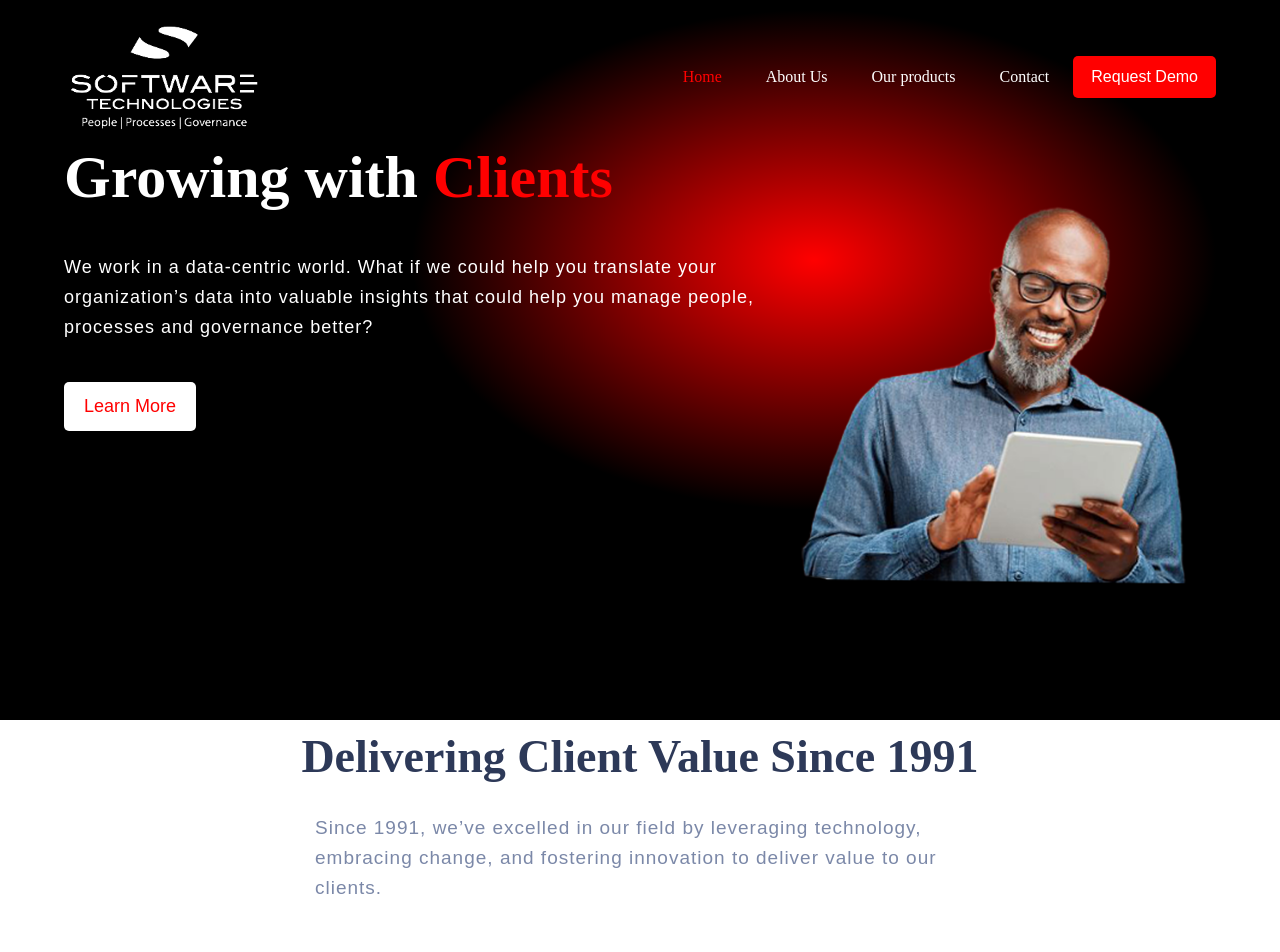
Repository: Kaleidiana/IST
Page: home.html
The author's editor kept a copy of each file at every save. The page is drawn from the files as they stood at one save, then again after the next save.
The browser window is 1280 px wide. The pictures show the part of the page from y = 0 to 952 px (the page is 4714 px tall).
A picture or video elsewhere on the page could not be fetched, so the positions and the page height are approximate.

Above is the page before, as saved 2024-03-20 11:55:43.

### home.html
<!DOCTYPE html>
<html lang="en">

<head>
    <meta charset="UTF-8">
    <meta name="viewport" content="width=device-width, initial-scale=1.0">
    <title>Document</title>
    <link rel="stylesheet" href="home.css">
    <link rel="stylesheet" href="https://cdnjs.cloudflare.com/ajax/libs/font-awesome/6.5.1/css/all.min.css" integrity="sha512-DTOQO9RWCH3ppGqcWaEA1BIZOC6xxalwEsw9c2QQeAIftl+Vegovlnee1c9QX4TctnWMn13TZye+giMm8e2LwA==" crossorigin="anonymous" referrerpolicy="no-referrer"
    />
</head>

<body>
    <!--------home section -->
    <div id="home">
        <div class="container">
            <div class="header">
                <nav>
                    <img class="logo" src="logo.png" alt="">
                    <ul>
                        <li><a style="color: red;" href="#">Home</a></li>
                        <li><a href="#">About Us</a></li>
                        <li>
                            <a href="#">Our products</a>
                            <ul class="dropdown">
                                <li><a href="#">Managing people</a></li>
                                <li><a href="#">Managing resources</a></li>
                                <li><a href="#">Managing </a></li>
                                <li><a href="#">Governance</a></li>
                            </ul>
                        </li>
                        <li><a href="contact.html">Contact</a></li>
                        <li><a class="demmo" href="#">Request Demo</a></li>
                    </ul>
                </nav>

                <div class="home-content">
                    <div class="home-texts">
                        <h1>Growing with <span>Clients</span></h1>
                        <p>We work in a data-centric world. What if we could help you translate your organization’s data into valuable insights that could help you manage people, processes and governance better?</p>
                        <button>Learn More</button>
                    </div>
                    <div class="the-image">
                        <img src="./images/happy.png" alt="">
                    </div>
                </div>
            </div>
        </div>
    </div>

    <div id="about">
        <div class="header2-content">
            <h1>Delivering Client Value Since 1991</h1>
            <p>Since 1991, we’ve excelled in our field by leveraging technology, embracing change, and fostering innovation to deliver value to our clients.</p>
        </div>

        <div class="about-content">
            <div class="text">
                <p>eHorizon – HRMS (Human Resource Management System)</p>
                <h2>Human Resource and Payroll</h2>
                <hr>
                <p class="main-text">Manage your employee’s lifecycle, effectively. No matter the size, industry or location of your organization, we can help manage your employee’s life cycle on cloud with our intuitive software solution.
                </p>
                <button>Learn More</button>
            </div>
            <div class="image-content">
                <img src="image-1.png" alt="">
            </div>
            <div class="image-content">
                <img src="image-2.png" alt="">
            </div>
            <div class="text">
                <p>eHorizon – HRMS (Human Resource Management System)</p>
                <h2>Human Resource and Payroll</h2>
                <hr>
                <p class="main-text">Manage your employee’s lifecycle, effectively. No matter the size, industry or location of your organization, we can help manage your employee’s life cycle on cloud with our intuitive software solution.
                </p>
                <button>Learn More</button>
            </div>

            <div class="text">
                <p>eHorizon – HRMS (Human Resource Management System)</p>
                <h2>Human Resource and Payroll</h2>
                <hr>
                <p class="main-text">Manage your employee’s lifecycle, effectively. No matter the size, industry or location of your organization, we can help manage your employee’s life cycle on cloud with our intuitive software solution.
                </p>
                <button>Learn More</button>
            </div>
            <div class="image-content">
                <img src="image-3.jpeg" alt="">
            </div>
            <div class="image-content">
                <img src="image-1.png" alt="">
            </div>
            <div class="text">
                <img src="./images/Betty-eBoard.jpg" alt="">
                <p>eHorizon – HRMS (Human Resource Management System)</p>
                <h2>Human Resource and Payroll</h2>
                <hr>
                <p class="main-text">Manage your employee’s lifecycle, effectively. No matter the size, industry or location of your organization, we can help manage your employee’s life cycle on cloud with our intuitive software solution.
                </p>
                <button>Learn More</button>
            </div>
        </div>
    </div>
    <!---------product section------->
    <div id="product">
        <h1>Download Our Brochures</h1>
        <div class="product-images">
            <div>
                <h4 class="try">Board Management System</h4>
                <button class="btnn">Download</button>
            </div>
            <div>
                <h4 class="try">eParliament</h4>

                <button class="btnn">Download</button>
            </div>
            <div>
                <h4 class="try">Contract Lifecycle Management</h4>
                <img src="./images/Contract..png" alt="">
                <button class="btnn">Download</button>
            </div>
            <div>
                <h4 class="try">Human Resource and Payroll</h4>
                <img src="./images/contact2.png" alt="">
                <button class="btnn">Download</button>
            </div>
        </div>

    </div>
    <div class="down-side">
        <h1>Ready to enhance board productivity and decision-making?<br> Request a demo <span style="color: red;">today</span></h1>
        <button>I Am Ready</button>
    </div>

    <div id="request">
        <div class="left-side">
            <img class="" src="logo.png" alt="">
            <p>Download Our Apps</p>
            <button>App Store</button>
            <button>App Play</button>
        </div>
        <div class="horizontal-line">

        </div>
        <div class="right-side">
            <div>
                <h4>Products</h4>
                <p>eHorizon eBoard</p>
                <p>eHorizon eParliament</p>
                <p>eHorizon HRMS</p>
                <p>eHorizon Mkataba</p>
            </div>

            <div>
                <h4>Company</h4>
                <p>Home</p>
                <p>About STL</p>
                <p>Contact Us</p>
                <p>Security</p>
            </div>

            <div>
                <h4>Discover</h4>
                <p>Blog</p>
                <p>Partners</p>
                <p>CRS</p>
                <p>Career Opportunities</p>
            </div>
        </div>
    </div>
    <hr>
    <div class="foot">
        <div class="copy-write">
            <p>©1991-2024 Software Technologies Ltd. All Rights Reserved | Privacy Policy | Terms & Conditions</p>
        </div>

        <div class="icons">
            <i class="fa-brands fa-linkedin"></i>
            <i class="fa-brands fa-twitter"></i>
            <i class="fa-brands fa-facebook"></i>
        </div>
    </div>
</body>

</html>

### home.css
* {
    margin: 0;
    padding: 0;
    box-sizing: border-box;
}

.header {
    width: 100%;
    background: radial-gradient(closest-side at 750px 250px, red, black);
    color: #fff;
}

nav {
    display: flex;
    justify-content: space-between;
    align-items: center;
}

#home {
    padding: 10px 5%;
    width: 100%;
    height: 100vh;
    background-color: black;
}

ul {
    list-style: none;
}

ul li {
    display: inline-block;
    position: relative;
}

ul li a {
    display: block;
    padding: 15px 20px;
    color: #fff;
    text-decoration: none;
    text-align: center;
}

ul li ul.dropdown li a {
    color: black;
}

ul li ul.dropdown li {
    display: block;
}

ul li ul.dropdown {
    width: 100%;
    position: absolute;
    display: none;
}

ul li:hover ul.dropdown {
    display: block;
    background-color: #fff;
    width: 250px;
    border-radius: 10px;
}

.logo {
    width: 200px;
}

.demmo {
    background-color: red;
    color: #fff;
    padding: 12px 18px;
    border: none;
    border-radius: 5px;
    font-family: sans-serif;
}

.the-image img {
    width: 430px;
    margin-top: 10%;
}

.home-content {
    display: flex;
    justify-content: space-between;
}

.home-texts {
    flex-basis: 60%;
}

.home-content p {
    line-height: 30px;
    letter-spacing: 1px;
    font-size: 18px;
    font-family: sans-serif;
    font-weight: 300;
    margin-bottom: 40px;
}

.home-content h1 {
    font-size: 60px;
    margin-bottom: 40px;
}

.home-content span {
    color: red;
}

.home-content button {
    background-color: white;
    color: red;
    padding: 14px 20px;
    border: none;
    border-radius: 5px;
    font-family: sans-serif;
    font-size: 18px;
}


/*-------ABOUT SECTION --------*/

#about {
    padding: 10px 5%;
}

.about-content {
    display: grid;
    grid-template-columns: 1fr 1fr;
    column-gap: 30px;
    row-gap: 20px;
    margin-top: 6%;
}

.text {
    background-color: #DAE6E9;
    padding: 65px 25px;
    border-radius: 10px;
}

.text p {}

.main-text {
    font-size: 15px;
    margin-top: 20px;
    letter-spacing: 1px;
    line-height: 30px;
    font-family: sans-serif;
}

.text h2 {
    margin-top: 20px;
    margin-bottom: 30px;
}

.image-content img {}

.text button {
    margin-top: 20px;
    background-color: red;
    border: none;
    padding: 12px 23px;
    color: white;
    border-radius: 5px;
}

.header2-content {
    display: flex;
    align-items: center;
    justify-content: center;
    flex-direction: column;
}

.header2-content h1 {
    padding-left: 0px;
    font-size: 46px;
    margin-bottom: 30px;
    color: #2d3958;
}

.header2-content p {
    width: 650px;
    color: #7b88a8;
    font-size: 19px;
    line-height: 30px;
    letter-spacing: 1px;
    font-family: sans-serif;
    font-weight: 200;
}

hr {
    color: black;
    border: solid 0.6px;
}


/*-----------PRODUCT SECTION______*/

#product {
    padding: 10px 8%;
    width: 100%;
    height: 100vh;
    display: flex;
    align-items: center;
    flex-direction: column;
}

.product-images img {
    width: 100%;
}

.product-images {
    display: grid;
    grid-template-columns: 1fr 1fr 1fr 1fr;
    column-gap: 25px;
}

.product-images div {
    position: relative;
    padding-top: 60px;
    width: 240px;
    height: 400px;
    padding-left: 20px;
    padding-right: 20px;
    box-shadow: 0 6px 10px rgba(0, 0, 0, .5);
}

.btnn {
    font-size: 17px;
    position: absolute;
    bottom: 15px;
    left: 50%;
    transform: translate(-50%);
    width: 130px;
    background-color: red;
    color: white;
    border: none;
    padding: 8px;
}

i {
    background-color: #fff;
}

#product h1 {
    margin-top: 8%;
    color: #2d3958;
    margin-bottom: 20px;
    font-size: 40px;
    font-weight: 900;
}

.try {
    white-space: nowrap;
    top: 20px;
    left: 50%;
    transform: translate(-50%);
    position: absolute;
    color: #2d3958;
}

.down-side {
    width: 100%;
    height: 50vh;
    background-color: #DAE6E9;
    border-radius: 60px 60px 0 0;
    display: flex;
    justify-content: center;
    align-items: center;
    text-align: center;
    flex-direction: column;
}

.down-side h1 {
    color: #2d3958;
}

.down-side button {
    margin-top: 4%;
    width: 140px;
    height: 50px;
    background-color: red;
    color: #fff;
    border: none;
    font-size: 18px;
    letter-spacing: 1px;
    border-radius: 50px;
    padding: 5px;
}


/*--------request demo section------*/

#request {
    padding: 10px 5%;
    width: 100%;
    height: 70vh;
    background-color: #353535;
    display: flex;
    justify-content: space-between;
    color: #fff;
}

.left-side p {
    margin-top: 10px;
    margin-bottom: 20px;
    font-family: sans-serif;
    letter-spacing: 1px;
}

.left-side button {
    background-color: #353535;
    width: 160px;
    height: 55px;
    border: none;
    font-size: 16px;
    box-shadow: 4px 4px rgba(0, 0, 0, .3), -4px -4px rgba(0, 0, 0, .3);
    color: rgb(186, 186, 186);
    border-radius: 8px;
    margin: 10px;
}

.right-side {
    display: flex;
    font-size: 15px;
    margin-top: 5%;
}

.right-side div {
    margin: 35px;
}

.right-side h4 {
    margin-bottom: 20%;
}

.right-side p {
    line-height: 34px;
    color: rgb(143, 140, 140);
}

.horizontal-line {
    width: 1px;
    background-color: darkgray;
    height: 60vh;
    margin-top: 30px;
}

.foot {
    display: flex;
    justify-content: space-between;
    align-items: center;
    padding: 10px 5%;
    width: 100%;
    background-color: #353535;
    color: white;
    height: 200px;
}

.icons i {
    margin: 10px;
    color: black;
    padding: 5px;
}

hr {
    border: 0.01px solid;
    color: rgb(75, 75, 75);
}

.tag {
    margin-right: 100%;
}

After the next save:
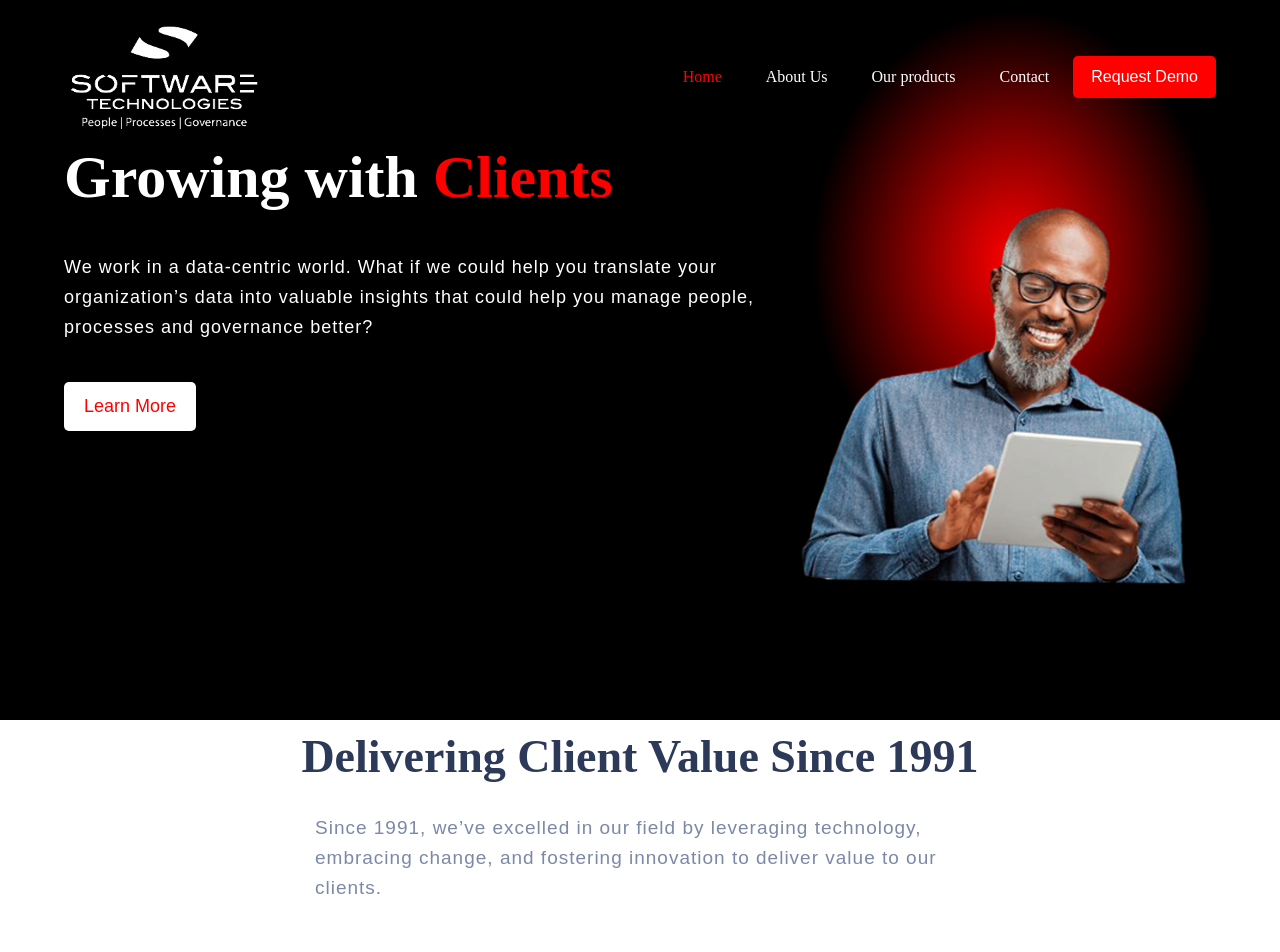
Saved 8 s later.
--- a/home.css
+++ b/home.css
@@ -6,7 +6,7 @@
 
 .header {
     width: 100%;
-    background: radial-gradient(closest-side at 750px 250px, red, black);
+    background: radial-gradient(closest-side at 950px 250px, red, black);
     color: #fff;
 }
 
